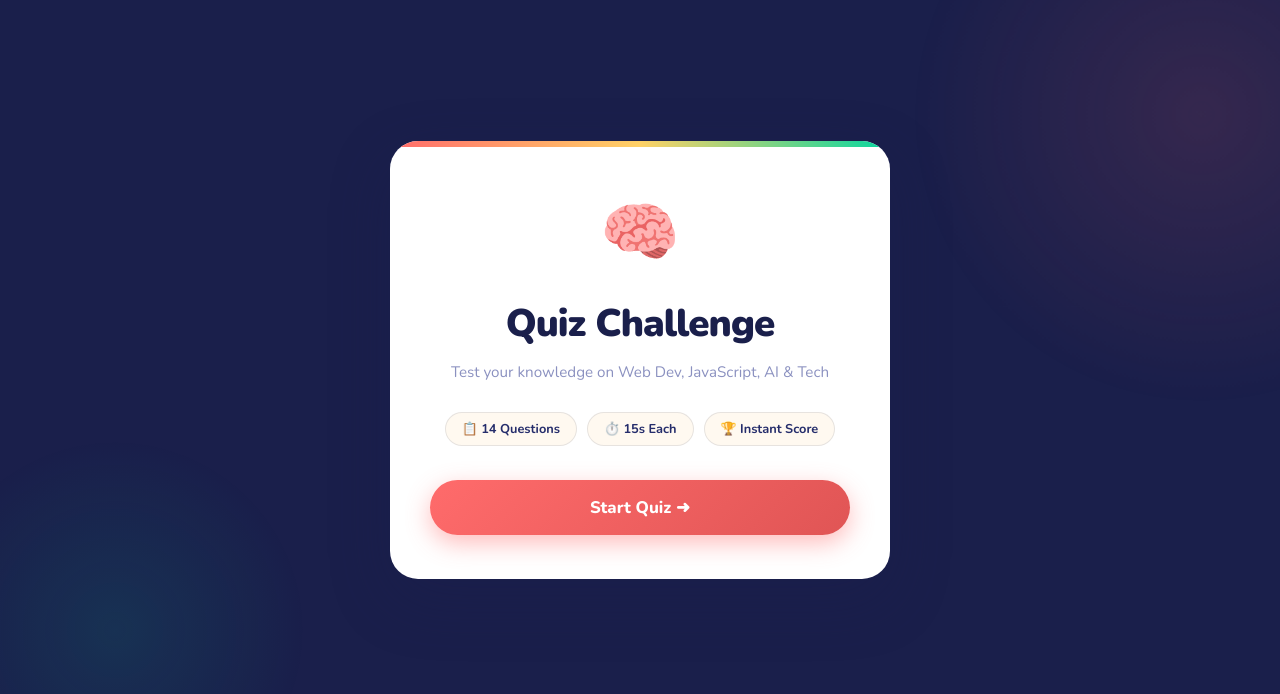
Repository: fatimaqueen9967-eng/SyntacexhubQuizApp
Page: index.html
An editor plug-in stored every save of this project. The page is shown before and after a run of saves, followed by the edit.
The browser window is 1280 px wide. The pictures show the whole page.

Above is the page before, as saved 2026-03-15 16:47:22.

After the next 2 saves:
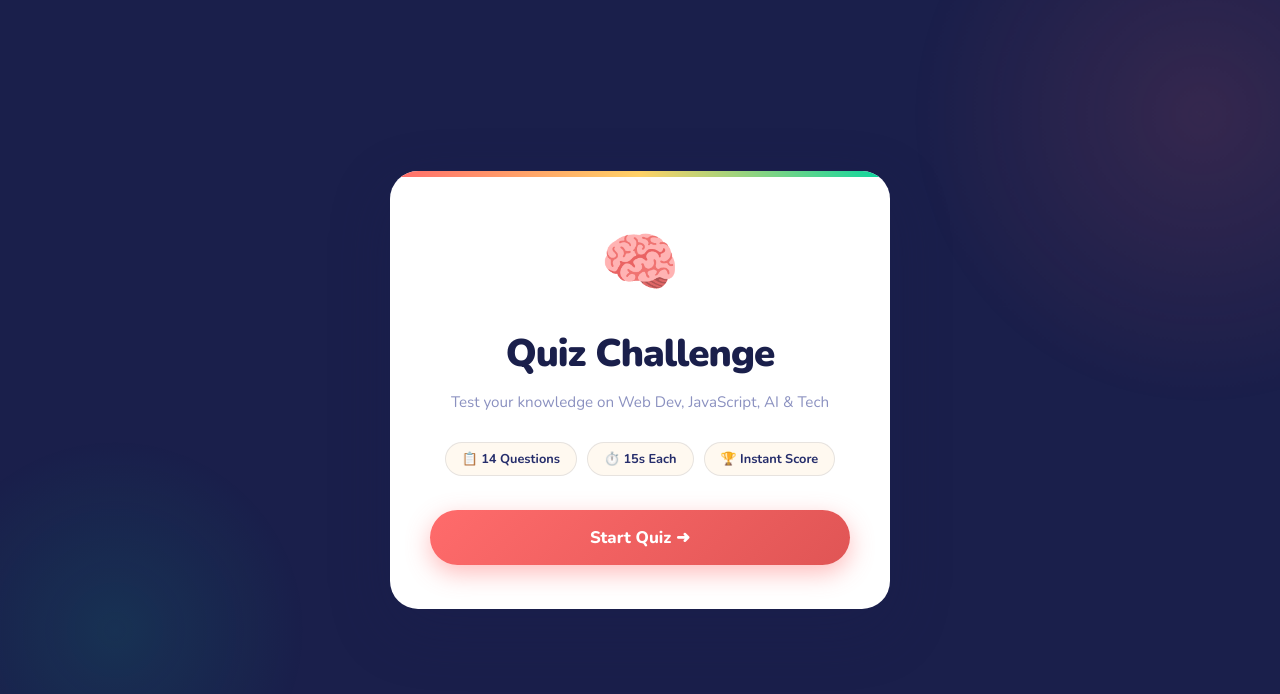
The 2 saves are shown as one change because they came seconds apart.
The last was saved 2 min 57 s later.
--- a/style.css
+++ b/style.css
@@ -73,7 +73,7 @@ body::after {
     flex-direction: column;
     align-items: center;
     justify-content: center;
-    padding: 20px;
+    padding-top: 60px;
     opacity: 0;
     pointer-events: none;
     transition: opacity 0.45s ease;
